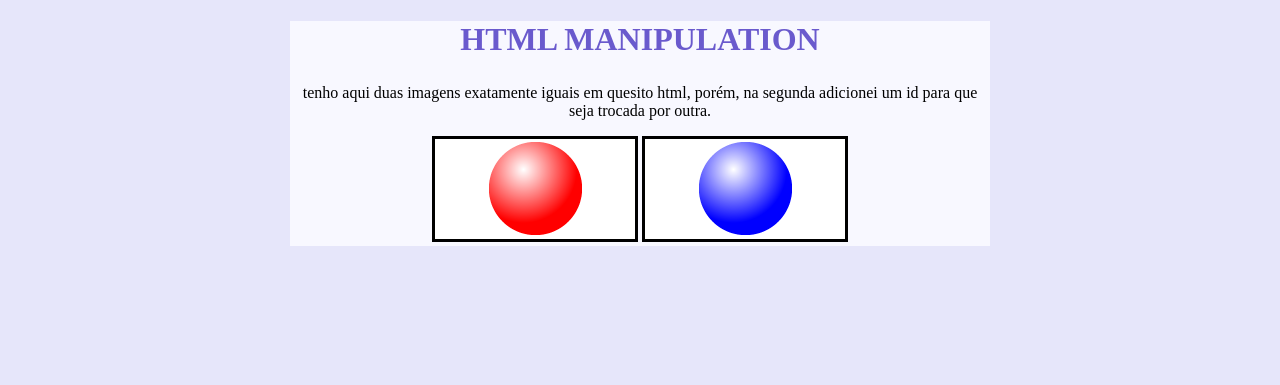
Repository: 2001mariana/jquery
Page: html-manipulation.html
The author's editor kept a copy of each file at every save. The page is drawn from the files as they stood at one save, then again after the next save.
The browser window is 1280 px wide. The pictures show the whole page.

Above is the page before, as saved 2022-07-27 10:24:10.

### html-manipulation.html
<!DOCTYPE html>
<html>
<head>
    <meta charset='utf-8'>
    <meta http-equiv='X-UA-Compatible' content='IE=edge'>
    <title>Parte 1- select elements</title>
    <meta name='viewport' content='width=device-width, initial-scale=1'>
    <!-- <link rel='stylesheet' type='text/css' media='screen' href='main.css'> -->
    <!-- <script src='main.js'></script> -->
    <script src="https://code.jquery.com/jquery-3.6.0.min.js" integrity="sha256-/xUj+3OJU5yExlq6GSYGSHk7tPXikynS7ogEvDej/m4=" crossorigin="anonymous"></script>
</head>
<body style="background-color: #E6E6FA;">
    <div id="page-size" style="background-color: #F8F8FF;">
      <h1>HTML MANIPULATION</h1>
      <p>tenho aqui duas imagens exatamente iguais em quesito html, porém, na segunda adicionei um id para que seja trocada por outra.</p>
      <img src="img/esfera_1.png" border="3" />
      <img src="img/esfera_1.png" border="3" id="trocar-img" />
      </div>
</body>
<script>
$("h1").css("color", "#6A5ACD")
$("h1").css("margin-bottom", "26px")
$("body").css("text-align", "center")
$("div#page-size").css("width", "700px")
$("div#page-size").css("margin", "auto")

//recuperando aributo no console.log:
console.log($('img').attr('src'))

//substituindo a imagem 1 pela imagem 2:
$('img#trocar-img').attr('src', 'img/esfera_2.png')

//$('img').attr('style', 'background-color: blue; width: 200px; height: 200px')
</script>
</html>

After the next save:
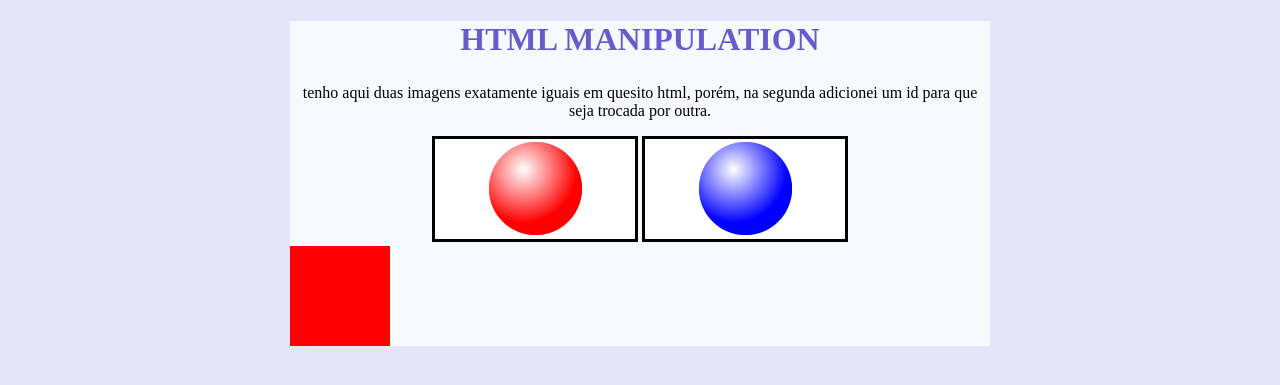
Saved 6 min 36 s later.
--- a/html-manipulation.html
+++ b/html-manipulation.html
@@ -15,6 +15,8 @@
       <p>tenho aqui duas imagens exatamente iguais em quesito html, porém, na segunda adicionei um id para que seja trocada por outra.</p>
       <img src="img/esfera_1.png" border="3" />
       <img src="img/esfera_1.png" border="3" id="trocar-img" />
+
+      <div style="background-color: red; width: 100px; height: 100px"></div>
       </div>
 </body>
 <script>
